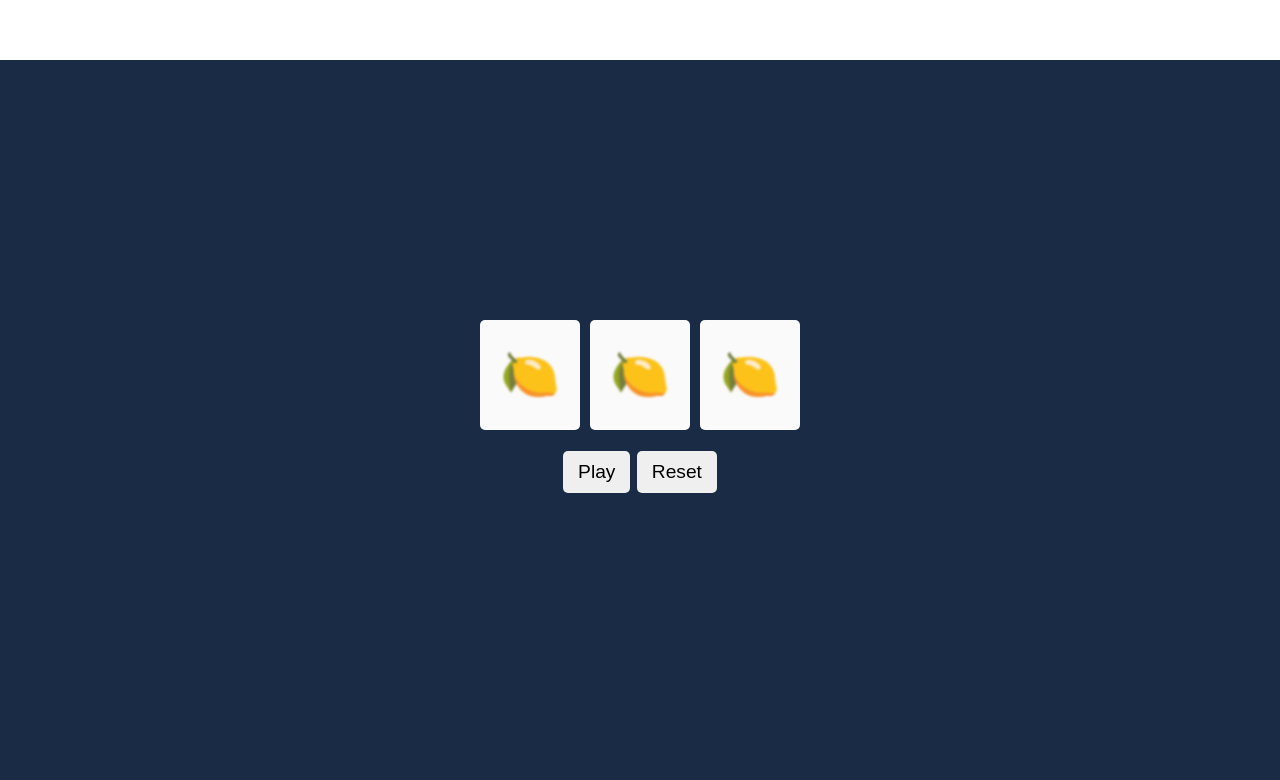
Repository: HERBOD7/slotmachine
Page: /
An editor plug-in stored every save of this project. The page is shown before and after the next save, followed by the edit.
The browser window is 1280 px wide. The pictures show the whole page.
The project was rebuilt for these pictures with package versions that can differ from the ones it lists, and the page was loaded fresh each time. Also part of the build but not shown: vue.config.js.

Above is the page before, as saved 2023-07-22 23:17:38.

After the next save:
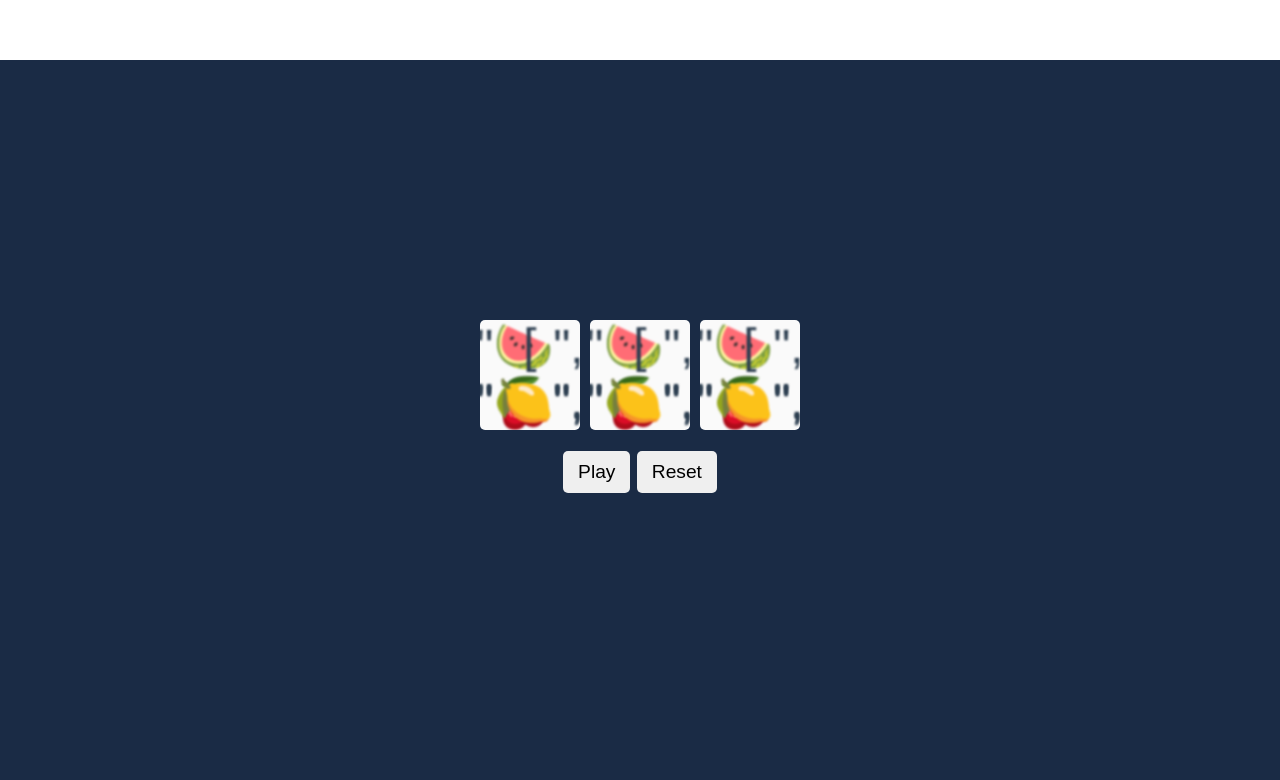
Saved 70 s later.
--- a/src/App.vue
+++ b/src/App.vue
@@ -31,12 +31,12 @@ export default {
   },
   data() {
     return {
-      symbols: ["🍋", "🍉", "🍒", "🍊"],
-      // symbols: [
-      //   ["🍋", "🍉", "🍒", "🍊"],
-      //   ["🍋", "🍉", "🍒", "🍊"],
-      //   ["🍋", "🍉", "🍒", "🍊"],
-      // ],
+      // symbols: ["🍋", "🍉", "🍒", "🍊"],
+      symbols: [
+        ["🍋", "🍉", "🍒", "🍊"],
+        ["🍋", "🍉", "🍒", "🍊"],
+        ["🍋", "🍉", "🍒", "🍊"],
+      ],
       isShuffling: false,
     };
   },
